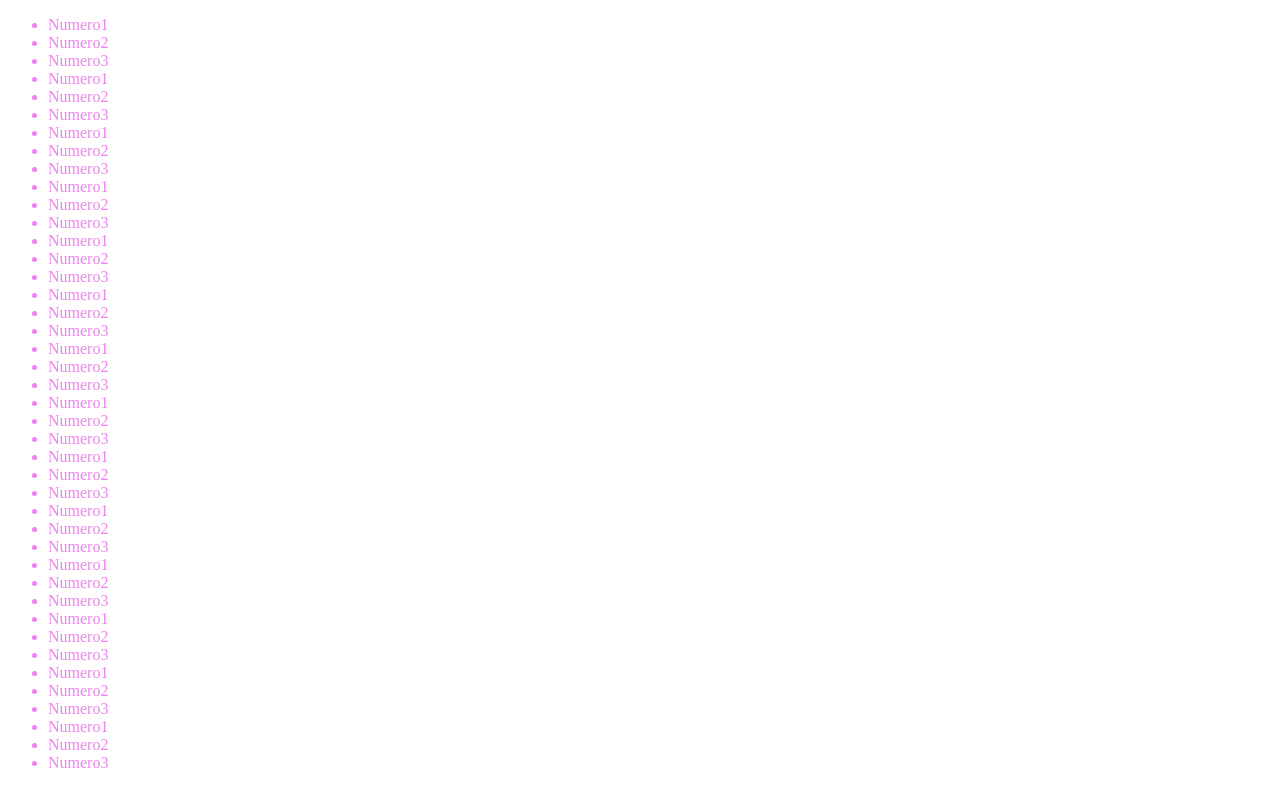
Repository: elbrodelche/ada-portfolio
Page: img/index.html
These files come from the project's save history. The page is drawn as it stood at one moment and after the next save; the edit follows.
The browser window is 1280 px wide. The pictures show the whole page.

Above is the page before, as saved 2021-01-23 18:57:46.

After the next save:
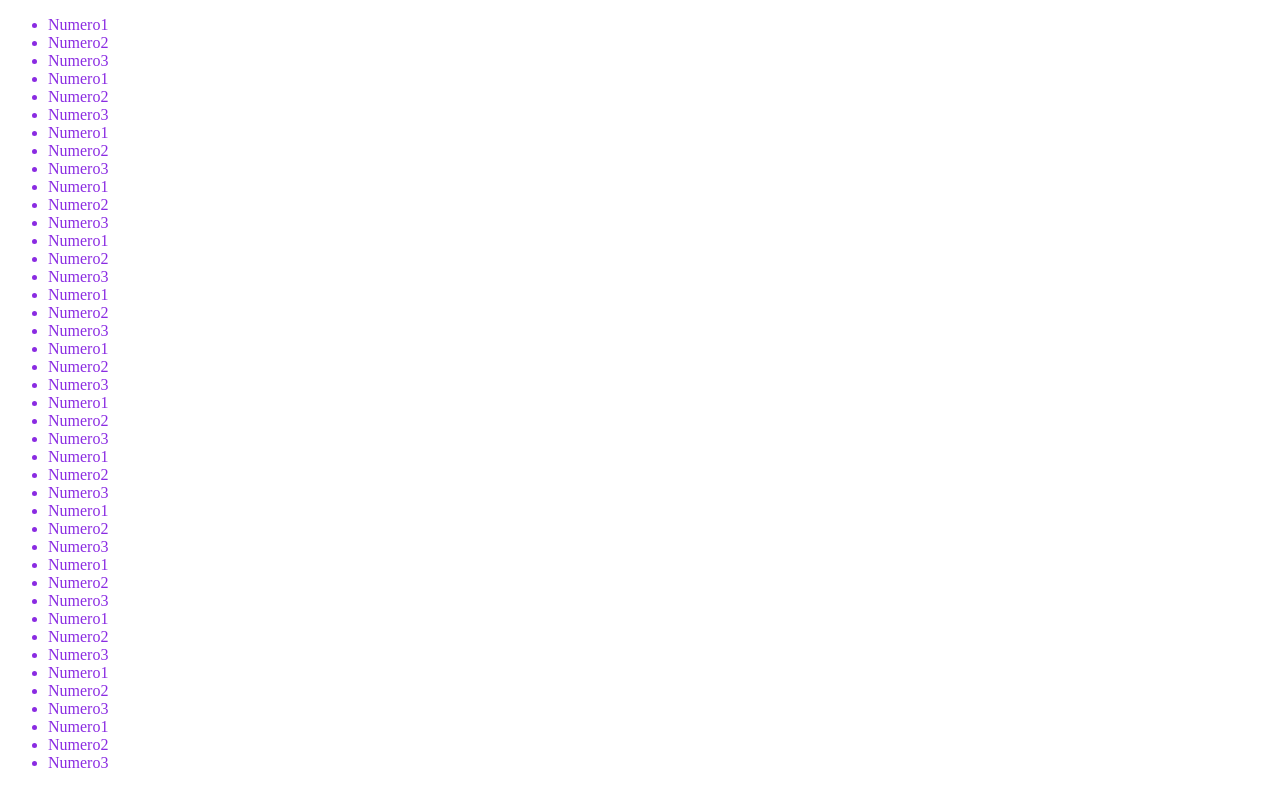
Saved 4 s later.
--- a/img/index.html
+++ b/img/index.html
@@ -6,7 +6,7 @@
     <title>Document</title>
     <style>
         .violeta{
-            color:violet
+            color:blueviolet
         };
         .rojo{
             color: red;
